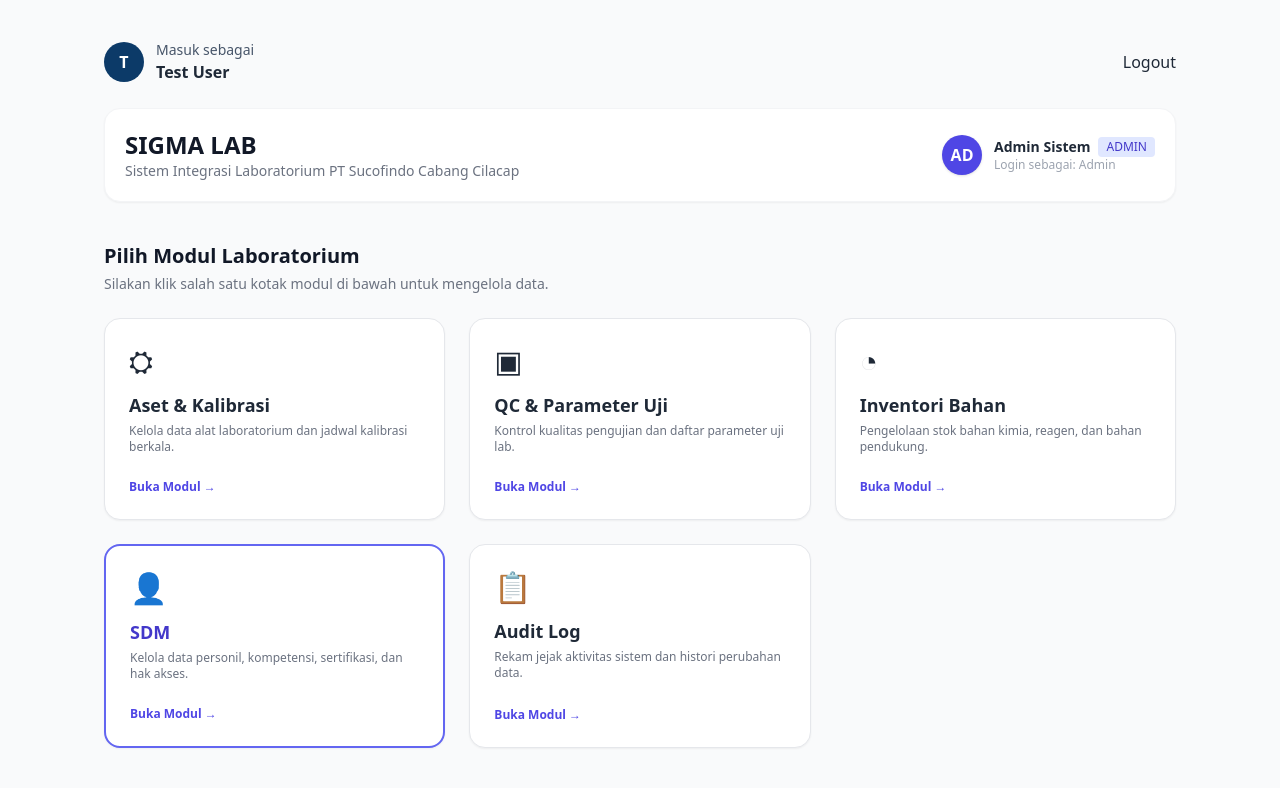
Repository: amelianeesa/sigmalab
Page: http://localhost/dashboard
These files come from the project's save history. The page is drawn as it stood at one moment and after the next save; the edit follows.
The browser window is 1280 px wide. The pictures show the whole page.
Some web libraries are served in a nearby version. The page is served by the project's Laravel application, run on PHP 8.4 with Laravel 12. A made-up administrator, Test User (test@example.com), is signed in.

Above is the page before, as saved 2026-08-06 11:17:26.

After the next save:
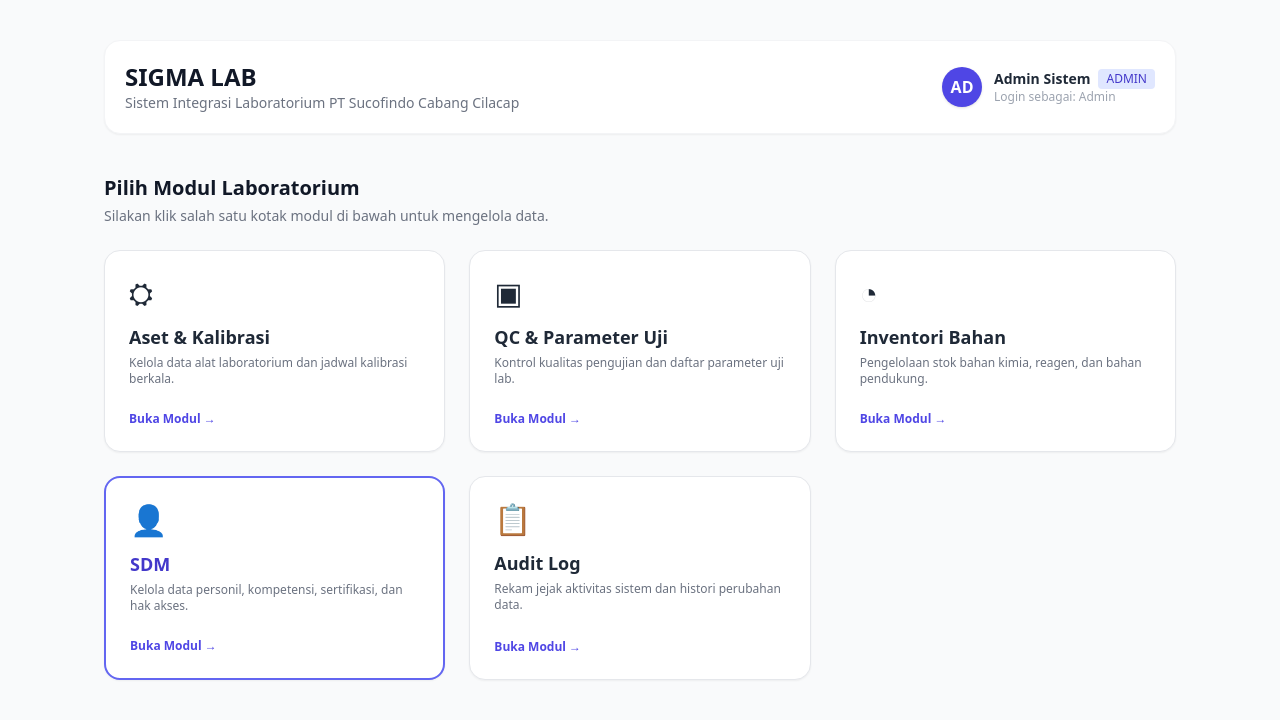
Saved 1 s later.
--- a/resources/views/dashboard-index.blade.php
+++ b/resources/views/dashboard-index.blade.php
@@ -18,41 +18,11 @@
             document.getElementById('main-menu-view').classList.remove('hidden');
         }
     </script>
-    <style>
-        :root{
-            --sdm-500: #3c7ebd;
-            --sdm-600: #2f6aa9;
-            --sdm-700: #0c3a68;
-            --sdm-50: #f4f7fb;
-        }
-        /* SDM helper classes to mirror styles used in SDM pages */
-        .sdm-avatar{ background:var(--sdm-700); }
-        .sdm-badge{ background: rgba(60,126,189,0.12); color: var(--sdm-700); }
-        .sdm-border{ border-color: var(--sdm-500); }
-        .sdm-tile{ transition: all .15s ease; }
-        .sdm-tile:hover{ background: rgba(60,126,189,0.06); border-color: var(--sdm-600); box-shadow: 0 8px 20px rgba(15,35,59,0.06); }
-        .sdm-link{ color:var(--sdm-500); font-weight:700; }
-    </style>
 </head>
 <body class="bg-gray-50 font-sans antialiased text-gray-800">
 
     <!-- Container Utama -->
     <div class="min-h-screen p-6 lg:p-10 max-w-6xl mx-auto">
-        <header class="flex items-center justify-between mb-6">
-            <div class="flex items-center gap-3">
-                <div class="w-10 h-10 rounded-full sdm-avatar flex items-center justify-center text-white font-bold">{{ strtoupper(substr(Auth::user()->name ?? 'U',0,1)) }}</div>
-                <div>
-                    <div class="text-sm text-slate-600">Masuk sebagai</div>
-                    <div class="text-base font-semibold">{{ Auth::user()->name ?? 'Pengguna' }}</div>
-                </div>
-            </div>
-            <div>
-                <form method="POST" action="{{ route('logout') }}">
-                    @csrf
-                    <button type="submit" class="btn btn-outline-secondary btn-sm">Logout</button>
-                </form>
-            </div>
-        </header>
 
         <!-- Header Sederhana -->
         <header class="flex justify-between items-center mb-10 bg-white p-5 rounded-2xl shadow-sm border border-gray-100">
